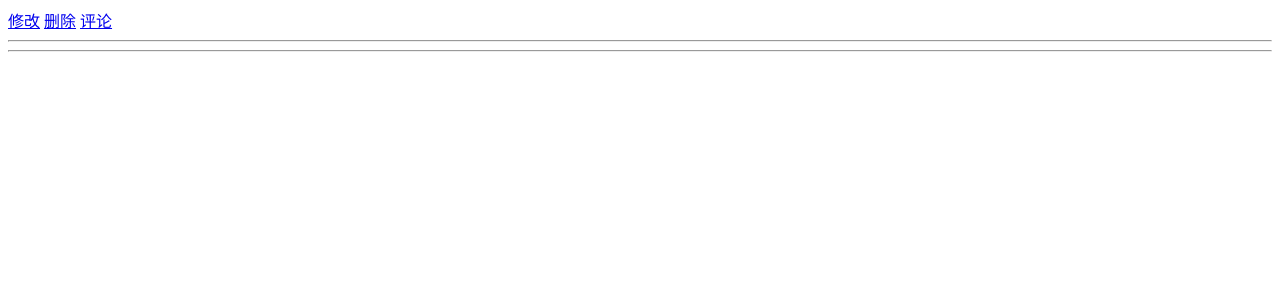
Repository: francisXKF/FrancisBlog
Page: http://localhost/francisBlog/jsp/_article_detail.jsp
These files come from the project's save history. The page is drawn as it stood at one moment and after the next save; the edit follows.
The browser window is 1280 px wide. The pictures show the whole page.
The page is served by Tomcat 9. Nobody is signed in. The application's start-up code is not run.

Above is the page before, as saved 2016-04-24 06:30:14.

After the next save:
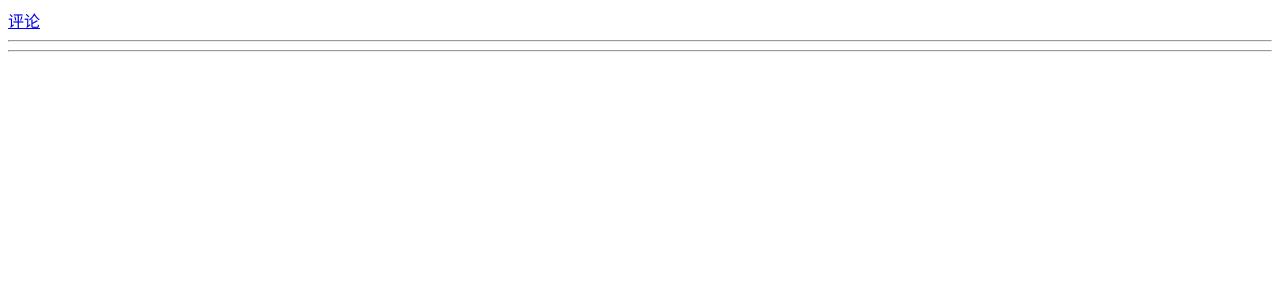
Saved 65 s later.
--- a/francisBlog/WebContent/jsp/_article_detail.jsp
+++ b/francisBlog/WebContent/jsp/_article_detail.jsp
@@ -29,14 +29,11 @@
 	  User index_user = (User)session.getAttribute("login_user");
 	  if(index_user != null){
 	    out.print(
-	      "<li role='presentation' class='fs-article-bar' id='addArticleLi'>"+
-	          "<a href='#' id='addArticle' role='button'>写文章</a>"+
-	      "</li>"
+	      "<a href='javascript:void(0)' id='updateArticleBtn' class='btn btn-primary pull-left'>修改</a>"+
+	      "<a href='javascript:void(0)' id='deleteArticleBtn' class='btn btn-primary pull-left'>删除</a>"
 	    );
 	  }
   %>
-  <a href="javascript:void(0)" id="updateArticleBtn" class="btn btn-primary pull-left">修改</a>
-  <a href="javascript:void(0)" id="deleteArticleBtn" class="btn btn-primary pull-left">删除</a>
   <a href="#commentMain" class="btn btn-info pull-right fs-comment">评论</a><br>
   <hr>
   <div id="commentsReply">
